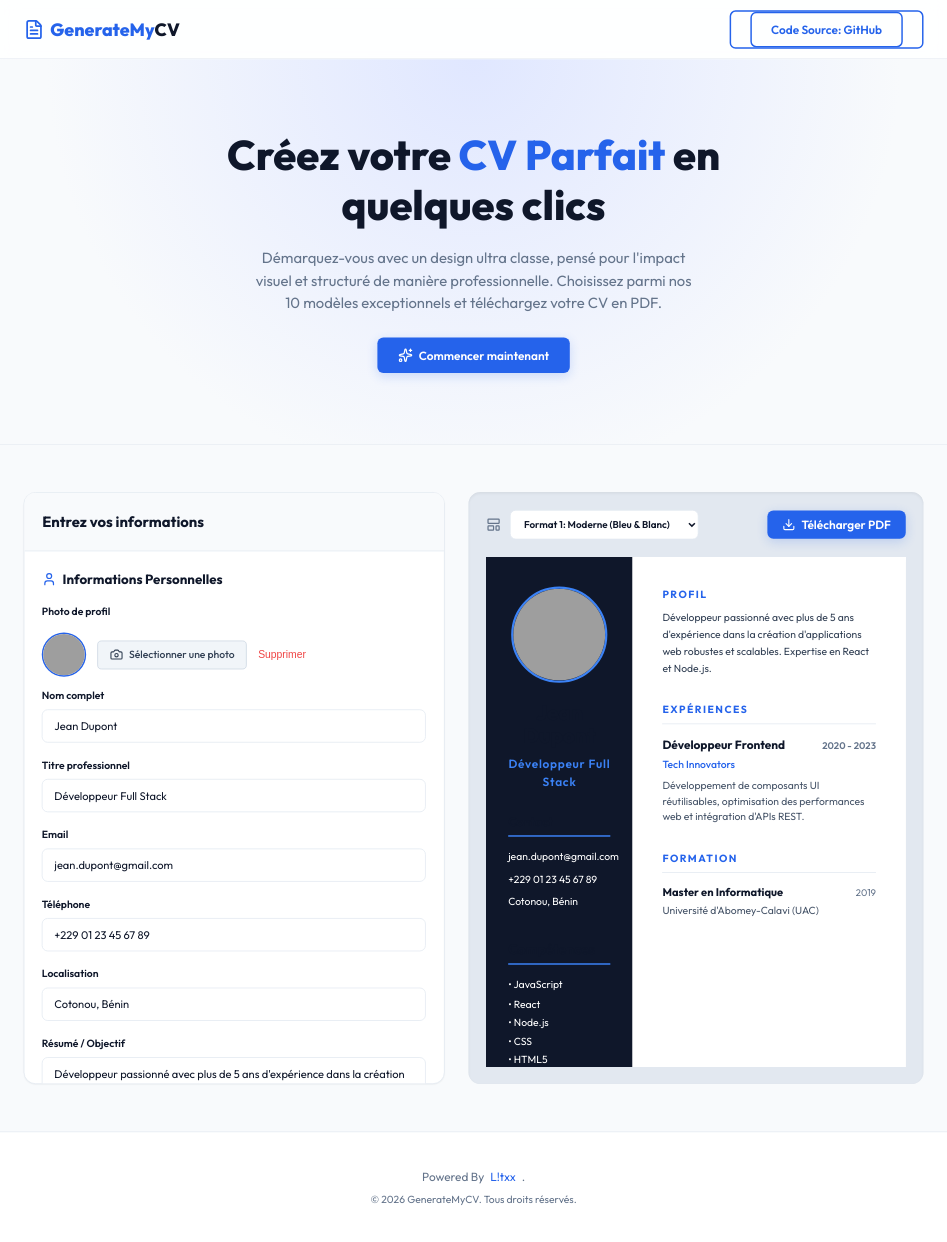
Repository: Issa-Mgn/Generatemy--cv
Page: /
The author's editor kept a copy of each file at every save. The page is drawn from the files as they stood at one save, then again after the next save.
The browser window is 1280 px wide. The pictures show the whole page, at 74% of full size.
Pictures or frames that could not be fetched are drawn as grey boxes. An inner scrolling area shows only its first screen. The project was rebuilt for these pictures with package versions that can differ from the ones it lists, and the page was loaded fresh each time. Also part of the build but not shown: vite.config.js.

Above is the page before, as saved 2026-04-13 20:01:45.

### index.html
<!doctype html>
<html lang="fr">

<head>
  <meta charset="UTF-8" />
  <meta name="viewport" content="width=device-width, initial-scale=1.0" />
  <title>generatemycv</title>
</head>

<body>
  <div id="root"></div>
  <script type="module" src="/src/main.jsx"></script>
</body>

</html>

### src/index.css
@import url('https://fonts.googleapis.com/css2?family=Outfit:wght@300;400;500;600;700;800&display=swap');

:root {
  --primary: #2563EB; /* Royal Blue */
  --primary-light: #3B82F6;
  --secondary: #0F172A; /* Slate 900 */
  --background: #F8FAFC; /* Slate 50 */
  --surface: #FFFFFF;
  --text-main: #0F172A;
  --text-muted: #64748B;
  --border: #E2E8F0;
  --shadow-sm: 0 1px 2px 0 rgb(0 0 0 / 0.05);
  --shadow-md: 0 4px 6px -1px rgb(0 0 0 / 0.1), 0 2px 4px -2px rgb(0 0 0 / 0.1);
  --shadow-lg: 0 10px 15px -3px rgb(0 0 0 / 0.1), 0 4px 6px -4px rgb(0 0 0 / 0.1);
}

* {
  margin: 0;
  padding: 0;
  box-sizing: border-box;
}

body {
  font-family: 'Outfit', sans-serif;
  background-color: var(--background);
  color: var(--text-main);
  line-height: 1.5;
  -webkit-font-smoothing: antialiased;
}

/* Typography styles */
h1, h2, h3, h4, h5, h6 {
  font-weight: 700;
  color: var(--text-main);
}

.container {
  max-width: 1400px;
  margin: 0 auto;
  padding: 0 2rem;
}

/* Beautiful Uiverse Style Primary Button */
.btn-primary {
  appearance: none;
  background-color: var(--primary);
  border: transparent;
  border-radius: 8px;
  box-shadow: rgba(37, 99, 235, .2) 0 4px 14px 0;
  box-sizing: border-box;
  color: #fff;
  cursor: pointer;
  display: inline-flex;
  align-items: center;
  justify-content: center;
  gap: 0.5rem;
  font-family: 'Outfit', sans-serif;
  font-size: 16px;
  font-weight: 600;
  line-height: 1;
  padding: 14px 28px;
  text-align: center;
  text-decoration: none;
  position: relative;
  overflow: hidden;
  transition: all 0.3s cubic-bezier(.23, 1, 0.32, 1);
}

.btn-primary:disabled {
  opacity: 0.7;
  cursor: not-allowed;
}

.btn-primary:hover:not(:disabled) {
  background-color: #1D4ED8;
  transform: translateY(-2px);
  box-shadow: rgba(37, 99, 235, .4) 0 6px 20px 0;
}

.btn-primary:active:not(:disabled) {
  transform: translateY(0);
}

/* Outline Button */
.btn-outline {
  background: transparent;
  color: var(--primary);
  border: 2px solid var(--primary);
  border-radius: 8px;
  padding: 12px 26px;
  font-family: 'Outfit', sans-serif;
  font-weight: 600;
  font-size: 16px;
  cursor: pointer;
  transition: all 0.3s ease;
  align-items: center;
  justify-content: center;
  gap: 0.5rem;
  text-decoration: none;
}

.btn-outline:hover {
  background: var(--primary);
  color: white;
  box-shadow: rgba(37, 99, 235, .2) 0 4px 14px 0;
}

/* Inputs form styling */
.form-group {
  margin-bottom: 1.25rem;
}

.label {
  display: block;
  font-size: 14px;
  font-weight: 600;
  margin-bottom: 0.5rem;
  color: var(--secondary);
}

.input-field {
  width: 100%;
  padding: 12px 16px;
  border: 1.5px solid var(--border);
  border-radius: 8px;
  font-family: 'Outfit', sans-serif;
  font-size: 15px;
  color: var(--text-main);
  background: white;
  transition: all 0.3s ease;
  outline: none;
}

.input-field::placeholder {
  color: #94A3B8;
}

.input-field:focus {
  border-color: var(--primary);
  box-shadow: 0 0 0 3px rgba(37, 99, 235, 0.15);
}

textarea.input-field {
  resize: vertical;
  min-height: 100px;
}

/* Cards */
.card {
  background: var(--surface);
  border-radius: 16px;
  box-shadow: var(--shadow-sm);
  border: 1px solid var(--border);
  overflow: hidden;
}

/* Custom Scrollbar for Builder */
::-webkit-scrollbar {
  width: 8px;
  height: 8px;
}
::-webkit-scrollbar-track {
  background: transparent;
}
::-webkit-scrollbar-thumb {
  background: #CBD5E1;
  border-radius: 4px;
}
::-webkit-scrollbar-thumb:hover {
  background: #94A3B8;
}

### src/App.jsx
import React from 'react';
import Header from './components/Header'
import Hero from './components/Hero';
import Builder from './components/Builder';
import Footer from './components/Footer';
import './App.css';

function App() {
  return (
    <div className="app-container">
      <Header />
      <main className="main-content">
        <Hero />
        <Builder />
      </main>
      <Footer />
    </div>
  );
}

export default App;

### src/components/Header.jsx
import React from 'react';
import { FileText } from 'lucide-react';

const Header = () => {
  return (
    <header className="header">
      <div className="container">
        <a href="/" className="logo">
          <FileText size={28} color="#2563EB" />
          <span>GenerateMy<span style={{ color: '#0F172A' }}>CV</span></span>
        </a>
        <nav className="btn-outline">

          <a href="https://github.com/Issa-Mgn/Generatemy--cv.git" target="_blank" rel="noreferrer" className="btn-outline" >
            <span>Code Source: </span>GitHub
            </a>
        </nav>
      </div>
    </header>
  );
};

export default Header;

### src/components/Hero.jsx
import React from 'react';
import { Sparkles, ArrowDown } from 'lucide-react';

const Hero = () => {
  const scrollToBuilder = () => {
    document.getElementById('builder-section').scrollIntoView({ behavior: 'smooth' });
  };

  return (
    <section className="hero">
      <div className="container">
        <h1>
          Créez votre <span>CV Parfait</span> en <br />quelques clics
        </h1>
        <p>

          Démarquez-vous avec un design ultra classe, pensé pour l'impact visuel et structuré de manière professionnelle. Choisissez parmi nos 10 modèles exceptionnels et téléchargez votre CV en PDF. </p>
        <button className="btn-primary" onClick={scrollToBuilder}>
          <Sparkles size={20} />
          <span>Commencer maintenant</span>
        </button>
      </div>
    </section>
  );
};

export default Hero;

### src/components/Builder.jsx
import React, { useState } from 'react';
import CVForm from './CVForm';
import CVPreview from './CVPreview';

const initialData = {
  personal: {
    fullName: 'Jean Dupont',
    jobTitle: 'Développeur Full Stack',
    email: 'jean.dupont@gmail.com',
    phone: '+229 01 23 45 67 89',
    location: 'Cotonou, Bénin',
    summary: 'Développeur passionné avec plus de 5 ans d\'expérience dans la création d\'applications web robustes et scalables. Expertise en React et Node.js.',
    profileImage: 'https://randomuser.me/api/portraits/men/75.jpg'
  },
  experience: [
    {
      id: Date.now(),
      title: 'Développeur Frontend',
      company: 'Tech Innovators',
      startDate: '2020',
      endDate: '2023',
      description: 'Développement de composants UI réutilisables, optimisation des performances web et intégration d\'APIs REST.'
    }
  ],
  education: [
    {
      id: Date.now() + 1,
      degree: 'Master en Informatique',
      school: 'Université d\'Abomey-Calavi (UAC)',
      year: '2019'
    }
  ],
  skills: 'JavaScript, React, Node.js, CSS, HTML5, Git',
  format: 'format1'
};

const Builder = () => {
  const [data, setData] = useState(initialData);

  const updatePersonal = (field, value) => {
    setData(prev => ({
      ...prev,
      personal: { ...prev.personal, [field]: value }
    }));
  };

  const updateFormat = (format) => {
    setData(prev => ({ ...prev, format }));
  };

  const addExperience = () => {
    setData(prev => ({
      ...prev,
      experience: [
        ...prev.experience,
        { id: Date.now(), title: '', company: '', startDate: '', endDate: '', description: '' }
      ]
    }));
  };

  const updateExperience = (id, field, value) => {
    setData(prev => ({
      ...prev,
      experience: prev.experience.map(exp =>
        exp.id === id ? { ...exp, [field]: value } : exp
      )
    }));
  };

  const removeExperience = (id) => {
    setData(prev => ({
      ...prev,
      experience: prev.experience.filter(exp => exp.id !== id)
    }));
  };

  const addEducation = () => {
    setData(prev => ({
      ...prev,
      education: [
        ...prev.education,
        { id: Date.now(), degree: '', school: '', year: '' }
      ]
    }));
  };

  const updateEducation = (id, field, value) => {
    setData(prev => ({
      ...prev,
      education: prev.education.map(edu =>
        edu.id === id ? { ...edu, [field]: value } : edu
      )
    }));
  };

  const removeEducation = (id) => {
    setData(prev => ({
      ...prev,
      education: prev.education.filter(edu => edu.id !== id)
    }));
  };

  const updateSkills = (value) => {
    setData(prev => ({ ...prev, skills: value }));
  };

  return (
    <section id="builder-section" className="builder-section">
      <div className="container">
        <div className="builder-layout">
          <CVForm
            data={data}
            updatePersonal={updatePersonal}
            addExperience={addExperience}
            updateExperience={updateExperience}
            removeExperience={removeExperience}
            addEducation={addEducation}
            updateEducation={updateEducation}
            removeEducation={removeEducation}
            updateSkills={updateSkills}
          />
          <CVPreview
            data={data}
            updateFormat={updateFormat}
          />
        </div>
      </div>
    </section>
  );
};

export default Builder;

### src/components/Footer.jsx
import React from 'react';
import { Heart } from 'lucide-react';

const Footer = () => {
  return (
    <footer className="footer">
      <div className="container">
        <p>
          Powered By <a href="https://litxxcompany.netlify.app" style={{ color: "#2563EB", textDecoration: "none" }} target="_blank" rel="noreferrer">L!txx</a> .
        </p>
        <p style={{ marginTop: '0.5rem', fontSize: '0.875rem' }}>
          &copy; {new Date().getFullYear()} GenerateMyCV. Tous droits réservés.
        </p>
      </div>
    </footer>
  );
};

export default Footer;

### src/App.css
.app-container {
  display: flex;
  flex-direction: column;
  min-height: 100vh;
}

main.main-content {
  flex: 1;
}

/* Header */
.header {
  height: 80px;
  background: rgba(255, 255, 255, 0.85);
  backdrop-filter: blur(12px);
  border-bottom: 1px solid var(--border);
  position: sticky;
  top: 0;
  z-index: 50;
  display: flex;
  align-items: center;
}

.header .container {
  width: 100%;
  display: flex;
  justify-content: space-between;
  align-items: center;
}

.logo {
  display: flex;
  align-items: center;
  gap: 0.5rem;
  font-size: 1.5rem;
  font-weight: 800;
  color: var(--primary);
  text-decoration: none;
}

/* Hero */
.hero {
  padding: 6rem 0;
  text-align: center;
  background: radial-gradient(circle at 50% 0%, #e0e7ff 0%, var(--background) 70%);
  border-bottom: 1px solid var(--border);
}

.hero h1 {
  font-size: 3.5rem;
  font-weight: 800;
  color: var(--secondary);
  line-height: 1.2;
  margin-bottom: 1.5rem;
}

.hero h1 span {
  color: var(--primary);
}

.hero p {
  font-size: 1.25rem;
  color: var(--text-muted);
  max-width: 600px;
  margin: 0 auto 2rem;
}

/* Builder Layout */
.builder-section {
  padding: 4rem 0;
  background: var(--background);
}

.builder-layout {
  display: flex;
  flex-direction: column;
  gap: 2rem;
}

@media(min-width: 1024px) {
  .builder-layout {
    flex-direction: row;
    height: 800px; /* Fixed height for inner scrolling */
  }
}

/* Form Panel */
.form-panel {
  flex: 1;
  background: white;
  border-radius: 16px;
  border: 1px solid var(--border);
  box-shadow: var(--shadow-sm);
  display: flex;
  flex-direction: column;
  overflow: hidden;
}

.form-header {
  padding: 1.5rem;
  border-bottom: 1px solid var(--border);
  background: #F8FAFC;
}

.form-header h2 {
  font-size: 1.25rem;
  display: flex;
  align-items: center;
  gap: 0.5rem;
}

.form-body {
  flex: 1;
  overflow-y: auto;
  padding: 1.5rem;
}

.form-section {
  margin-bottom: 2rem;
  padding-bottom: 2rem;
  border-bottom: 1px dashed var(--border);
}

.form-section:last-child {
  border-bottom: none;
}

.form-section-title {
  font-size: 1.125rem;
  font-weight: 700;
  margin-bottom: 1.25rem;
  color: var(--secondary);
  display: flex;
  align-items: center;
  gap: 0.5rem;
}

/* Repeated Fields (Experiences, Degrees) */
.repeated-item {
  background: #F8FAFC;
  border: 1px solid var(--border);
  border-radius: 8px;
  padding: 1.25rem;
  margin-bottom: 1rem;
  position: relative;
}

.remove-btn {
  position: absolute;
  top: 1rem;
  right: 1rem;
  background: #FEE2E2;
  color: #EF4444;
  border: none;
  width: 32px;
  height: 32px;
  border-radius: 6px;
  cursor: pointer;
  display: flex;
  align-items: center;
  justify-content: center;
  transition: all 0.2s;
}

.remove-btn:hover {
  background: #EF4444;
  color: white;
}

/* Preview Panel */
.preview-panel {
  flex: 1;
  background: #E2E8F0; /* Slate 200 */
  border-radius: 16px;
  padding: 1.5rem;
  display: flex;
  flex-direction: column;
  box-shadow: inset 0 2px 4px 0 rgb(0 0 0 / 0.06);
}

.preview-actions {
  display: flex;
  flex-wrap: wrap;
  justify-content: space-between;
  align-items: center;
  gap: 1rem;
  margin-bottom: 1.5rem;
}

.preview-wrapper {
  flex: 1;
  overflow-y: auto;
  display: flex;
  justify-content: center;
}

/* Container for PDF generation, keep inner A4 aspect */
.cv-document-container {
  width: 100%;
  max-width: 794px; /* A4 width typical representation */
  min-height: 1123px; /* A4 height */
  background: white;
  box-shadow: var(--shadow-md);
  margin: 0 auto;
  transform-origin: top center;
}

/* Footer */
.footer {
  padding: 3rem 0;
  border-top: 1px solid var(--border);
  text-align: center;
  color: var(--text-muted);
  background: white;
}

.footer p {
  display: flex;
  align-items: center;
  justify-content: center;
  gap: 0.5rem;
}

.format-selector {
  display: flex;
  align-items: center;
  gap: 0.75rem;
}

.format-selector select {
  padding: 10px 14px;
  border-radius: 8px;
  border: 1px solid var(--border);
  font-family: 'Outfit', sans-serif;
  font-weight: 600;
  color: var(--secondary);
  outline: none;
  background: white;
  cursor: pointer;
}

Loaded but not shown: src/main.jsx (common file); src/components/CVPreview.jsx (890 lines, source omitted); src/components/CVForm.jsx (206 lines, source omitted)

After the next save:
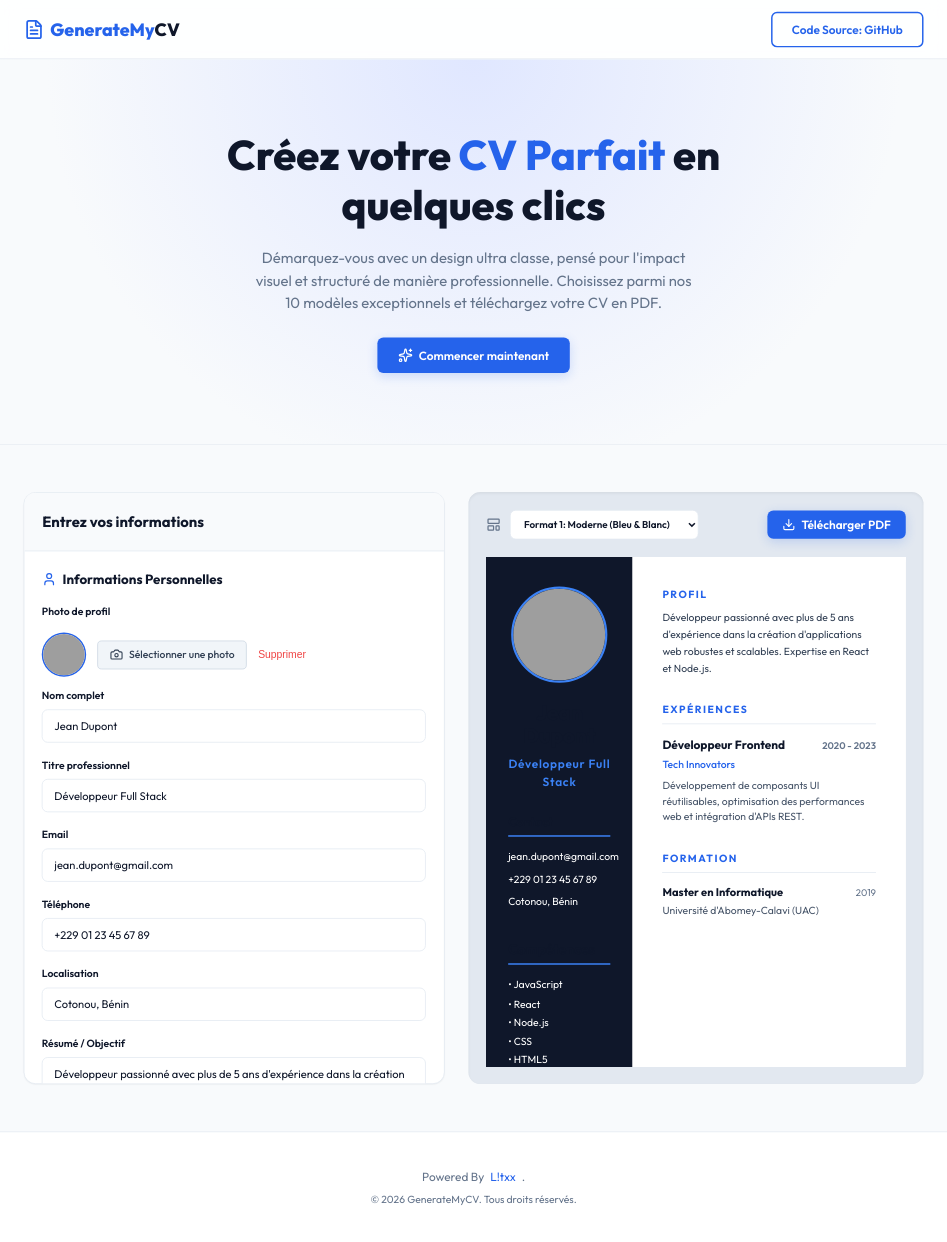
Saved 27 s later.
--- a/src/components/Header.jsx
+++ b/src/components/Header.jsx
@@ -9,7 +9,7 @@ const Header = () => {
           <FileText size={28} color="#2563EB" />
           <span>GenerateMy<span style={{ color: '#0F172A' }}>CV</span></span>
         </a>
-        <nav className="btn-outline">
+        <nav>
 
           <a href="https://github.com/Issa-Mgn/Generatemy--cv.git" target="_blank" rel="noreferrer" className="btn-outline" >
             <span>Code Source: </span>GitHub
